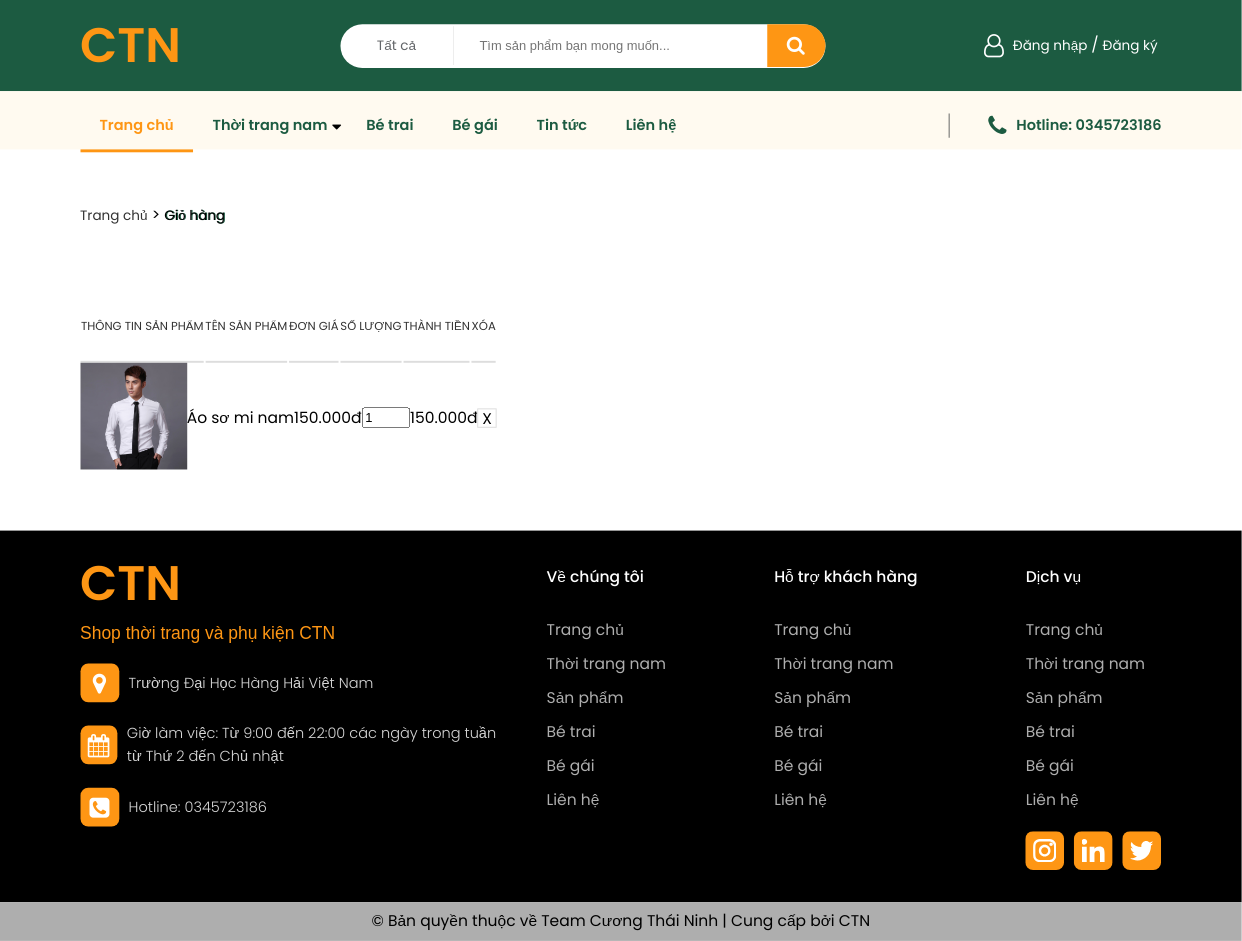
Repository: cuongchua2k2/BaiTapLon-web
Page: cart.html
The author's editor kept a copy of each file at every save. The page is drawn from the files as they stood at one save, then again after the next save.
The browser window is 1280 px wide. The pictures show the whole page, at 97% of full size.

Above is the page before, as saved 2023-12-23 11:02:19.
Console error: TypeError: Cannot read properties of null (reading 'style')

After the next save:
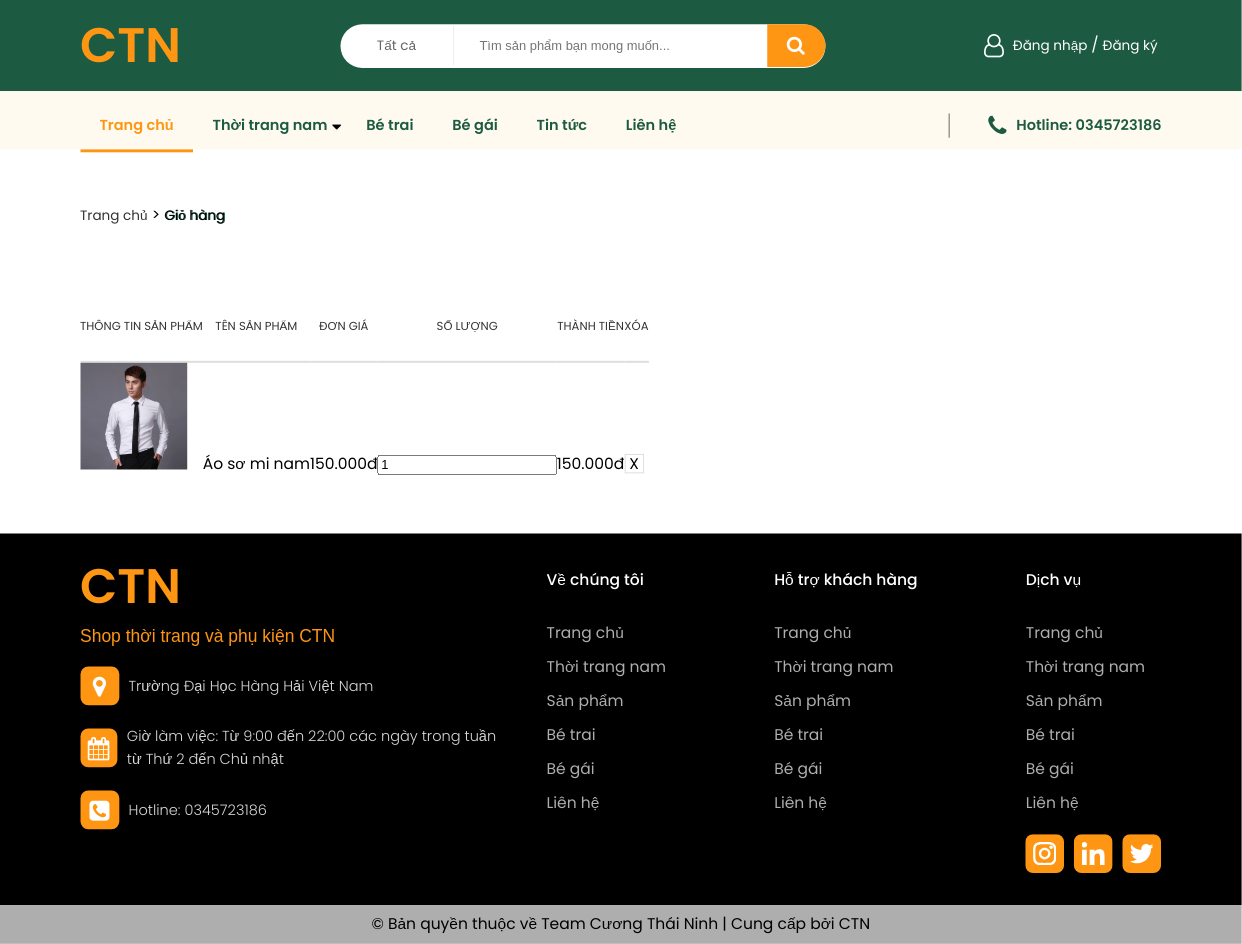
Saved 38 s later.
--- a/assets/css/style.css
+++ b/assets/css/style.css
@@ -735,12 +735,12 @@
   margin-top: 100px;
 }
 
-.cart__product {
+/* .cart__product {
   display: flex;
   align-items: center;
   justify-content: space-around;
   /* gap: 0 50px; */
-}
+} */
 
 .cart__product input {
   width: 50px;

After the 2 saves that followed:
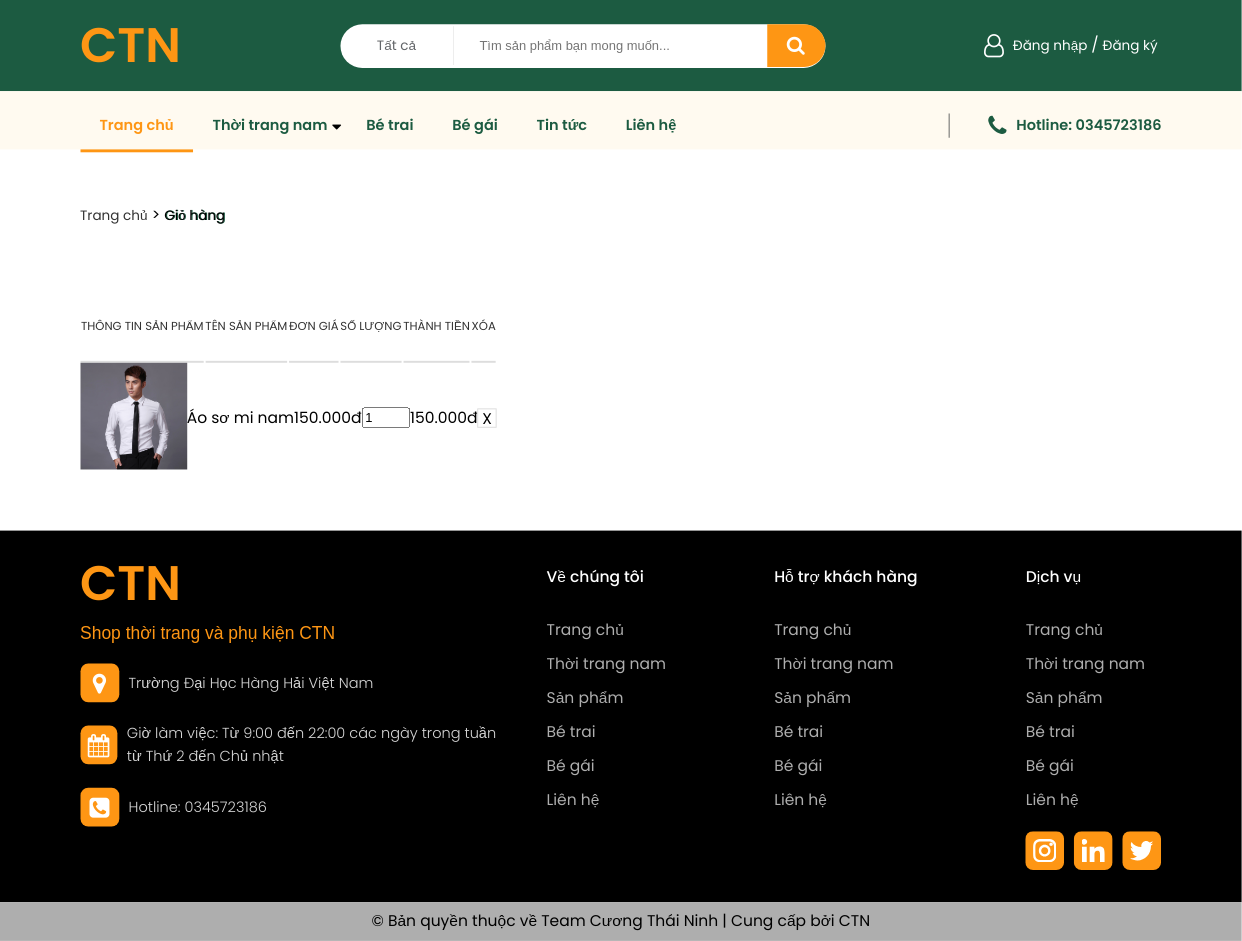
The 2 saves are shown as one change because they came seconds apart.
The last was saved 50 s later.
--- a/assets/css/style.css
+++ b/assets/css/style.css
@@ -735,12 +735,12 @@
   margin-top: 100px;
 }
 
-/* .cart__product {
+.cart__product {
   display: flex;
   align-items: center;
   justify-content: space-around;
   /* gap: 0 50px; */
-} */
+}
 
 .cart__product input {
   width: 50px;
